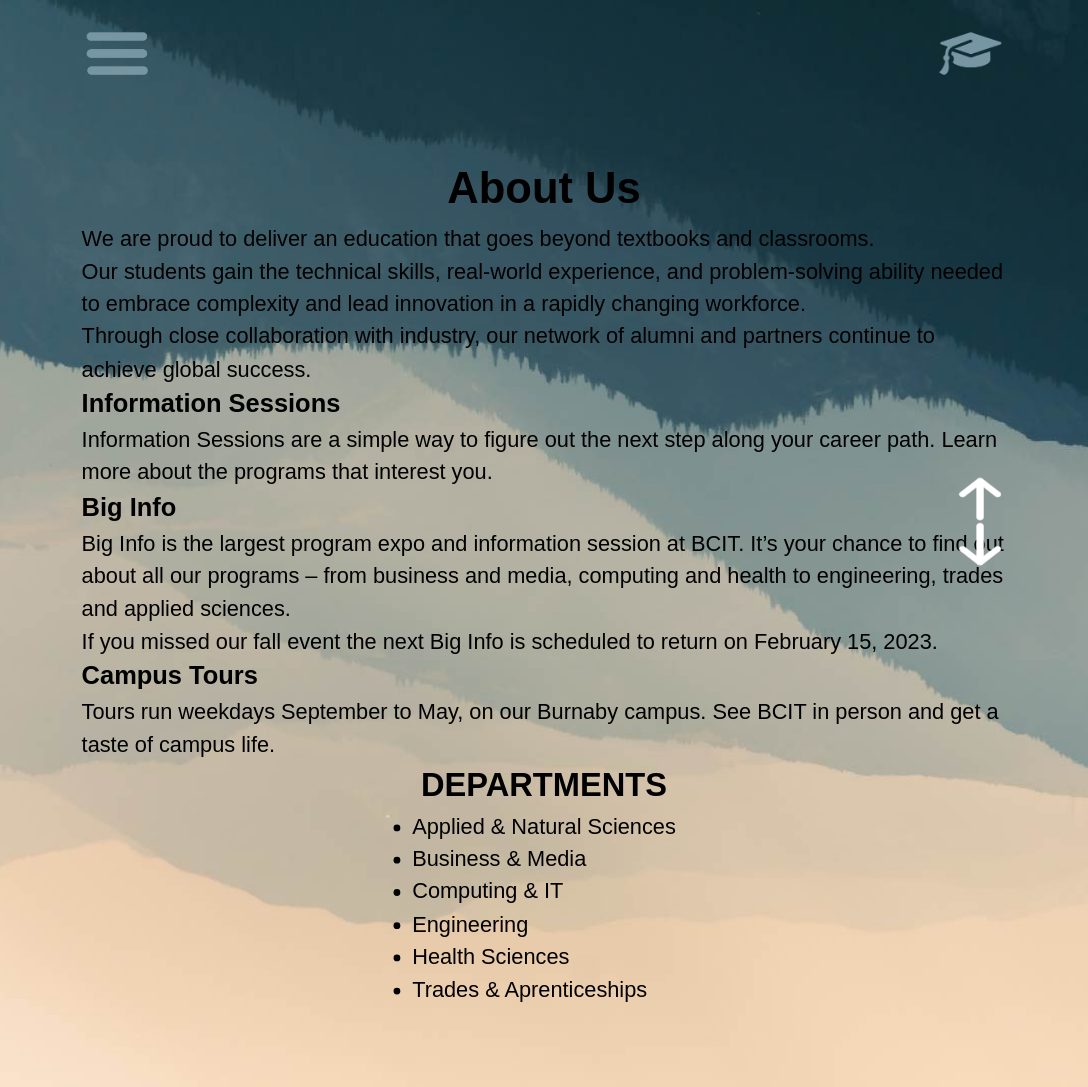
Repository: Kinakopan/playwright_bcit
Page: /contact
The author's editor kept a copy of each file at every save. The page is drawn from the files as they stood at one save, then again after the next save.
The browser window is 1280 px wide. The pictures show the whole page, at 85% of full size.
Some web fonts or font styles are not loaded; a fallback is used. The project was rebuilt for these pictures with package versions that can differ from the ones it lists, and the page was loaded fresh each time. The framework's server and built-in components were replaced by stand-ins that run in the browser. Also part of the build but not shown: next.config.js.

Above is the page before, as saved 2023-01-28 15:38:19.

### pages/_app.js
// import '@/styles/globals.css'
import '../styles/globals.css'
import '../styles/variables.css'
import Head from 'next/head'

export default function App({ Component, pageProps }) {
  return (
    <>
      <Head>
        <title>Example #1</title>
        <meta name="description" content="Generated by create next app" />
        <meta name="viewport" content="width=device-width, initial-scale=1" />
        <link href="https://fonts.googleapis.com/css2?family=Myriad+Pro:wght@100;400;700&display=swap" rel="stylesheet" />
        <link rel="icon" href="/favicon.ico" />
      </Head>
      <Component {...pageProps} />
    </>
  )
}

### pages/contact.js
import styles from "@/styles/Home.module.css";
import Arrow from "/components/arrow";
import Navbar from "/components/navbar";
import { Inter } from "@next/font/google";

const inter = Inter({ subsets: ["latin"] });

export default function Contact() {
  return (
    <>
      <div
        className={`${styles.body} ${styles.body_contact}`}
        style={{backgroundImage: `url(/background-images/backgroundMountainUpsideDown.jpg)`}}
      >
        <div className={styles.wrapper}>
          <Navbar />

          {/* Main contents under nav bar */}
          <main className={styles.main}>
            {/* About Us */}
            <h1 className={styles.text_heading1}>About Us</h1>

            <div className={`${styles.cont_section} ${styles.cont_section1}`}>
              <p className={styles.text_body}>
                We are proud to deliver an education that goes beyond textbooks
                and classrooms.
              </p>

              <p className={styles.text_body}>
                Our students gain the technical skills, real-world experience,
                and problem-solving ability needed to embrace complexity and
                lead innovation in a rapidly changing workforce.
              </p>

              <p className={styles.text_body}>
                Through close collaboration with industry, our network of alumni
                and partners continue to achieve global success.
              </p>

              <h3 className={styles.text_heading2}>Information Sessions</h3>

              <p className={styles.text_body}>
                Information Sessions are a simple way to figure out the next
                step along your career path. Learn more about the programs that
                interest you.
              </p>

              <h3 className={styles.text_heading2}>Big Info</h3>

              <p className={styles.text_body}>
                Big Info is the largest program expo and information session at
                BCIT. It’s your chance to find out about all our programs – from
                business and media, computing and health to engineering, trades
                and applied sciences.
                <br />
                If you missed our fall event the next Big Info is scheduled to
                return on February 15, 2023.
              </p>

              <h3 className={styles.text_heading2}>Campus Tours</h3>

              <p className={styles.text_body}>
                Tours run weekdays September to May, on our Burnaby campus. See
                BCIT in person and get a taste of campus life.
              </p>

            </div>

            {/* DEPARTMENTS */}
            <h2 className={styles.text_heading1}>DEPARTMENTS</h2>

            <div className={`${styles.cont_section} ${styles.cont_section2}`}>
              <ul className={styles.box_list}>
                <li>Applied & Natural Sciences</li>
                <li>Business & Media</li>
                <li>Computing & IT</li>
                <li>Engineering</li>
                <li>Health Sciences</li>
                <li>Trades & Aprenticeships</li>
              </ul>
            </div>
          </main>

          <Arrow/>
        </div>
      </div>
    </>
  );
}

### styles/variables.css
:root {
  --primary-color: |#fff;
  --secondary-color: #F4D6B9;
  --ternary-color: #7796A4;
  --quaternary-color: #14343D;
  --quinary-color: rgba(16,46,53,0.5);
}

### styles/Home.module.css
@import '/styles/variables.css';

.main {
  display: flex;
  flex-direction: column;
  justify-content: space-between;
  align-items: center;
  padding: 6rem;
  min-height: 100vh;
}

.description {
  display: inherit;
  justify-content: inherit;
  align-items: inherit;
  font-size: 0.85rem;
  max-width: var(--max-width);
  width: 100%;
  z-index: 2;
  font-family: var(--font-mono);
}

.description a {
  display: flex;
  justify-content: center;
  align-items: center;
  gap: 0.5rem;
}

.description p {
  position: relative;
  margin: 0;
  padding: 1rem;
  background-color: rgba(var(--callout-rgb), 0.5);
  border: 1px solid rgba(var(--callout-border-rgb), 0.3);
  border-radius: var(--border-radius);
}

.code {
  font-weight: 700;
  font-family: var(--font-mono);
}

.grid {
  display: grid;
  grid-template-columns: repeat(4, minmax(25%, auto));
  width: var(--max-width);
  max-width: 100%;
}

.card {
  padding: 1rem 1.2rem;
  border-radius: var(--border-radius);
  background: rgba(var(--card-rgb), 0);
  border: 1px solid rgba(var(--card-border-rgb), 0);
  transition: background 200ms, border 200ms;
}

.card span {
  display: inline-block;
  transition: transform 200ms;
}

.card h2 {
  font-weight: 600;
  margin-bottom: 0.7rem;
}

.card p {
  margin: 0;
  opacity: 0.6;
  font-size: 0.9rem;
  line-height: 1.5;
  max-width: 30ch;
}

.center {
  display: flex;
  justify-content: center;
  align-items: center;
  position: relative;
  padding: 4rem 0;
}

.center::before {
  background: var(--secondary-glow);
  border-radius: 50%;
  width: 480px;
  height: 360px;
  margin-left: -400px;
}

.center::after {
  background: var(--primary-glow);
  width: 240px;
  height: 180px;
  z-index: -1;
}

.center::before,
.center::after {
  content: '';
  left: 50%;
  position: absolute;
  filter: blur(45px);
  transform: translateZ(0);
}

.logo,
.thirteen {
  position: relative;
}

.thirteen {
  display: flex;
  justify-content: center;
  align-items: center;
  width: 75px;
  height: 75px;
  padding: 25px 10px;
  margin-left: 16px;
  transform: translateZ(0);
  border-radius: var(--border-radius);
  overflow: hidden;
  box-shadow: 0px 2px 8px -1px #0000001a;
}

.thirteen::before,
.thirteen::after {
  content: '';
  position: absolute;
  z-index: -1;
}

/* Conic Gradient Animation */
.thirteen::before {
  animation: 6s rotate linear infinite;
  width: 200%;
  height: 200%;
  background: var(--tile-border);
}

/* Inner Square */
.thirteen::after {
  inset: 0;
  padding: 1px;
  border-radius: var(--border-radius);
  background: linear-gradient(
    to bottom right,
    rgba(var(--tile-start-rgb), 1),
    rgba(var(--tile-end-rgb), 1)
  );
  background-clip: content-box;
}

/* Enable hover only on non-touch devices */
@media (hover: hover) and (pointer: fine) {
  .card:hover {
    background: rgba(var(--card-rgb), 0.1);
    border: 1px solid rgba(var(--card-border-rgb), 0.15);
  }

  .card:hover span {
    transform: translateX(4px);
  }
}

@media (prefers-reduced-motion) {
  .thirteen::before {
    animation: none;
  }

  .card:hover span {
    transform: none;
  }
}

/* Mobile */
@media (max-width: 700px) {
  .content {
    padding: 4rem;
  }

  .grid {
    grid-template-columns: 1fr;
    margin-bottom: 120px;
    max-width: 320px;
    text-align: center;
  }

  .card {
    padding: 1rem 2.5rem;
  }

  .card h2 {
    margin-bottom: 0.5rem;
  }

  .center {
    padding: 8rem 0 6rem;
  }

  .center::before {
    transform: none;
    height: 300px;
  }

  .description {
    font-size: 0.8rem;
  }

  .description a {
    padding: 1rem;
  }

  .description p,
  .description div {
    display: flex;
    justify-content: center;
    position: fixed;
    width: 100%;
  }

  .description p {
    align-items: center;
    inset: 0 0 auto;
    padding: 2rem 1rem 1.4rem;
    border-radius: 0;
    border: none;
    border-bottom: 1px solid rgba(var(--callout-border-rgb), 0.25);
    background: linear-gradient(
      to bottom,
      rgba(var(--background-start-rgb), 1),
      rgba(var(--callout-rgb), 0.5)
    );
    background-clip: padding-box;
    backdrop-filter: blur(24px);
  }

  .description div {
    align-items: flex-end;
    pointer-events: none;
    inset: auto 0 0;
    padding: 2rem;
    height: 200px;
    background: linear-gradient(
      to bottom,
      transparent 0%,
      rgb(var(--background-end-rgb)) 40%
    );
    z-index: 1;
  }
}

/* Tablet and Smaller Desktop */
@media (min-width: 701px) and (max-width: 1120px) {
  .grid {
    grid-template-columns: repeat(2, 50%);
  }
}

@media (prefers-color-scheme: dark) {
  .vercelLogo {
    filter: invert(1);
  }

  .logo,
  .thirteen img {
    filter: invert(1) drop-shadow(0 0 0.3rem #ffffff70);
  }
}

@keyframes rotate {
  from {
    transform: rotate(360deg);
  }
  to {
    transform: rotate(0deg);
  }
}



/*****************************
******************************
            AUTHOR
******************************
*****************************/

/*============================
    From here - Common Style
============================*/
/* From here - components/navbar.js */
.nav {
  display: flex;
  flex-direction: row;
  justify-content: space-between;
  width: 100%;
  padding: 3% 8% 0 8%;
}

.burgar,
.hat {
  width: fit-content;
}

/* From here - components/arrow.js */
.arrowBox {
  flex: 1;
  display: flex;
  flex-direction: column;
  justify-content: space-between;
  align-items: flex-end;
  position: fixed;
  width: fit-content;
  height: 12%;
  right: 8%;
  bottom: 10%;
}

.arrowBox * {
  background: transparent;
  border: none;
}

/* From here - general */
.body,
.wrapper {
  display: flex;
  flex-direction: column;
  width: 100vw;
}

.body {
  /* font-size: 62.5%; */
  background-size: cover;
  background-position: center;
  background-repeat: no-repeat;
  line-height: 1.5;
  font-family: 'Myriad Pro', sans-serif;
  font-weight: 100;
  text-align: left;
}

.wrapper {
  font-size: 1.6rem;
  background-size: cover;
}

.main {
  display: flex;
  width: 100%;
}

/*============================
    From here - Home Page
============================*/
.body_home {
  height: 100vh;
  overflow: hidden;
}

.body_home .main {
  flex-direction: row;
  justify-content: flex-start;
  align-items: flex-end;
  padding: 0 0 12% 21%;
}

.body_home .cont_main {
  display: flex;
  flex-direction: column;
  width: 48%;
}

.body_home .cont_main * {
  color: var(--primary-color);
}

.body_home .text_heading1 {
  font-family: 'Myriad Pro', sans-serif;
  /* font-size: 3.6rem; */
  font-size: 220%;
  line-height: 1.3;
  padding-bottom: 3%;
  margin-bottom: 3%;
  border-bottom: 4px solid;
  border-image: linear-gradient(to right, rgba(244,214,185,1) 0%, rgba(244,214,185,1) 69%, rgba(244,214,185,0) 69%, rgba(244,214,185,0) 100%) 1;
}

.body_home .text_body,
.body_home .box_btn * {
  opacity: .9;
}

.body_home .box_btn {
  display: flex;
  flex-direction: row;
}

.body_home .box_btn * {
  font-size: 1.4rem;
  background: transparent;
  padding: .3% 3%;
  border: 3px solid;
  border-color: var(--primary-color);
  border-radius: 10px;
  margin: 3% 2.5% 0 0;
}

.body_home .btn_about:hover {
  color: transparent;
  background: white;
}

/*============================
    From here - About Page
============================*/
.body_about {
  background: var(--quaternary-color);
}

.body_about .text_heading1 {
  display: flex;
  font-size: 200%;
  align-items: center;
  width: 100%;
  padding: 5% 0;
}

.body_about .text_heading1:before,
.body_about .text_heading1:after {
  content: "";
  height: 4px;
  flex-grow: 1;
  background: var(--secondary-color);
}

.body_about .text_heading1:before {
  margin-right: 5%;
}

.body_about .text_heading1:after {
  margin-left: 5%;
}

.body_about .cont_section {
  display: flex;
  flex-direction: column;
  justify-content: flex-start;
}

.body_about .cont_section1 {
  width: 60%;
}

.body_about .cont_section2 {
  width: 25%;
  padding-left: 5%;
}

.body_about .text_heading2,
.body_about .text_body {
  margin-bottom: 3%;
}

.body_about .text_heading2 {
  justify-content: flex-start;
}

.body_about .text_body,
.body_about .box_list *  {
  opacity: .8;
}

.body_about .box_list * {
  list-style: none;
  line-height: 3;
}

/* Carousel */
.carousel_cont {
  display: flex;
  align-self: center;
  width: 70%;
  margin-top: 5%;
  padding-top: 35%;
  overflow: hidden;
  position: relative;
}

.carousel_wrapper {
  display: flex;
  justify-content: center;
  width: 100%;
  height: 100%;
  position: absolute;
  top: 0;
  left: 0;
}

.carousel_slide {
  width: 100%;
  height: 100%;
  background-size: cover;
  background-position: top center;
}

.carousel_position {
  position: absolute;
  top: 50%;
  transform: translateY(-50%);
}

.carousel_text {
  display: flex;
  justify-content: center;
  align-items: center;
}

.carousel_text:before {
  content: "";
  background: var(--quaternary-color);
  position: absolute;
  z-index: -1;
  width: 100%;
  height: 100%;
  padding: 7% 5%;
  opacity: .5;
}

.carousel_slide:not(.carousel_active),
.carousel_text:not(.carousel_active) {
  display: none;
}

.carousel_prevBtn,
.carousel_nextBtn {
  font-size: 2rem;
  cursor: pointer;
  border: none;
  background: transparent;
}

.carousel_prevBtn {
  left: 10%;
}

.carousel_nextBtn {
  right: 10%;
}


/*============================
    From here - Contact Page
============================*/

### components/arrow.js
import Image from 'next/image';
import styles from '@/styles/Home.module.css';

export default function Arrow() {
  return (
    <div className={styles.arrowBox}>
      <button
        className={styles.arrowDown}
        onClick={() => setUpArrowClicked(true)}
      >
        <Image
          src='/icons/upwardArrow.png'
          alt="Upward arrow icon"
          width={50}
          height={50}
        />
      </button>

      <button
        className={styles.arrowDown}
        onClick={() => setDownArrowClicked(true)}
      >
        <Image
          src='/icons/downwardArrow.png'
          alt="Downward arrow icon"
          width={50}
          height={50}
        />
      </button>
    </div>
  )
}

### components/navbar.js
import Image from 'next/image';
import styles from '@/styles/Home.module.css';

export default function Navbar() {
  return (
    <nav className={styles.nav}>
      <Image
        className={styles.burgar}
        src='/icons/menu-icon.png'
        alt="menu icon"
        width={50}
        height={50}
      />
      <Image
        className={styles.hat}
        src='/icons/graduation-hat.png'
        alt="Graduation hat icon"
        width={50}
        height={50}
      />
    </nav>
  )
}

### components/headingLine.js
import styles from '@/styles/Home.module.css';


// export default function HeadingLine({headingText}) {

//   return (
//     <h1 className={styles.text_heading1}>{headingText}</h1>
//   )
// }


import React from 'react';

const HeadingLine = ({headingTag = 'h1', headingText = ''}) => {
  return (
    <>
      {React.createElement(headingTag, {className: styles.text_heading1}, headingText)}
    </>
  );
};

export default HeadingLine;

Loaded but not shown: pages/_document.js (common file); styles/globals.css (common file)

After the next save:
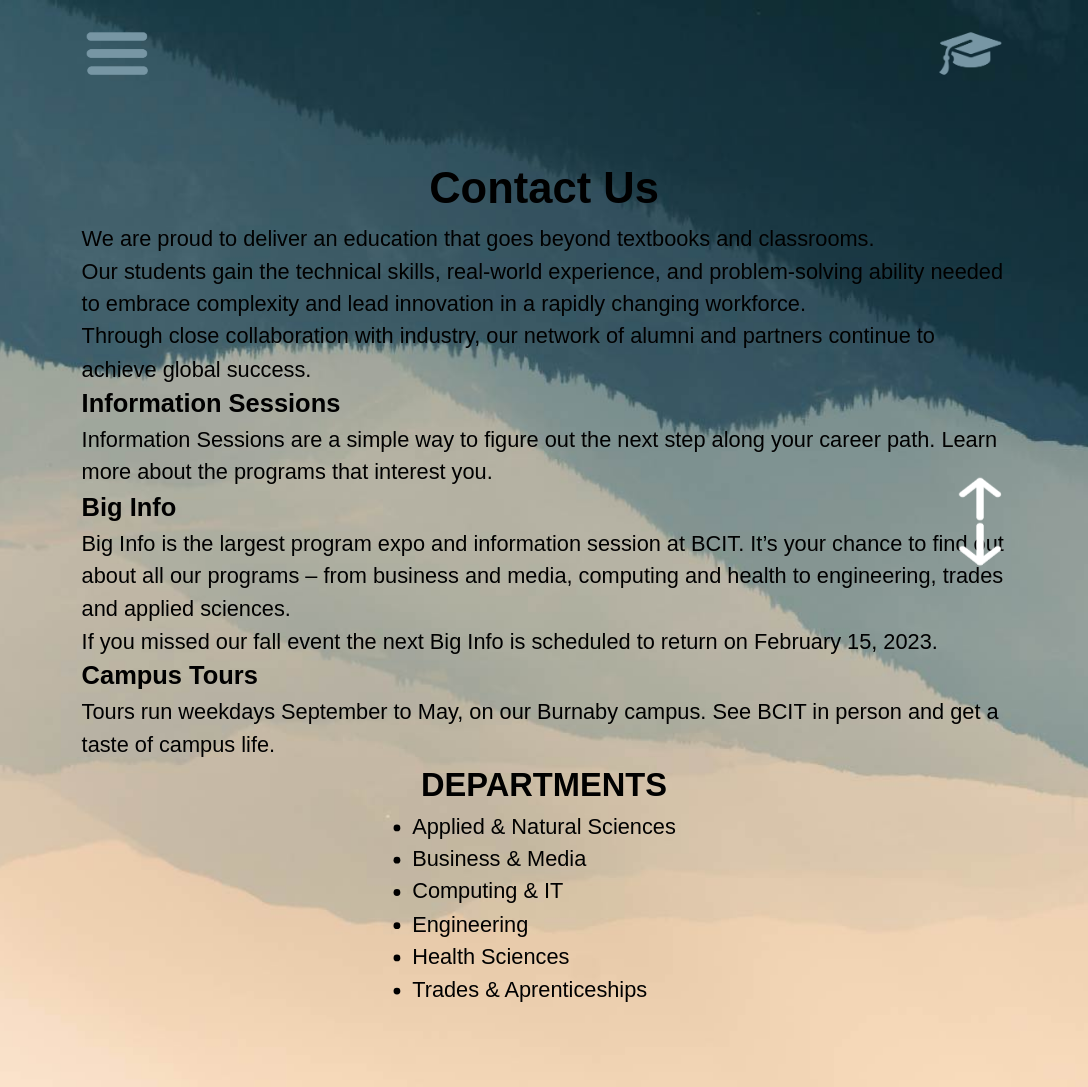
Saved 22 s later.
--- a/pages/contact.js
+++ b/pages/contact.js
@@ -1,6 +1,7 @@
 import styles from "@/styles/Home.module.css";
 import Arrow from "/components/arrow";
 import Navbar from "/components/navbar";
+import HeadingLine from "/components/headingLine";
 import { Inter } from "@next/font/google";
 
 const inter = Inter({ subsets: ["latin"] });
@@ -17,8 +18,8 @@
 
           {/* Main contents under nav bar */}
           <main className={styles.main}>
-            {/* About Us */}
-            <h1 className={styles.text_heading1}>About Us</h1>
+
+            <HeadingLine headingText="Contact Us"/>
 
             <div className={`${styles.cont_section} ${styles.cont_section1}`}>
               <p className={styles.text_body}>
